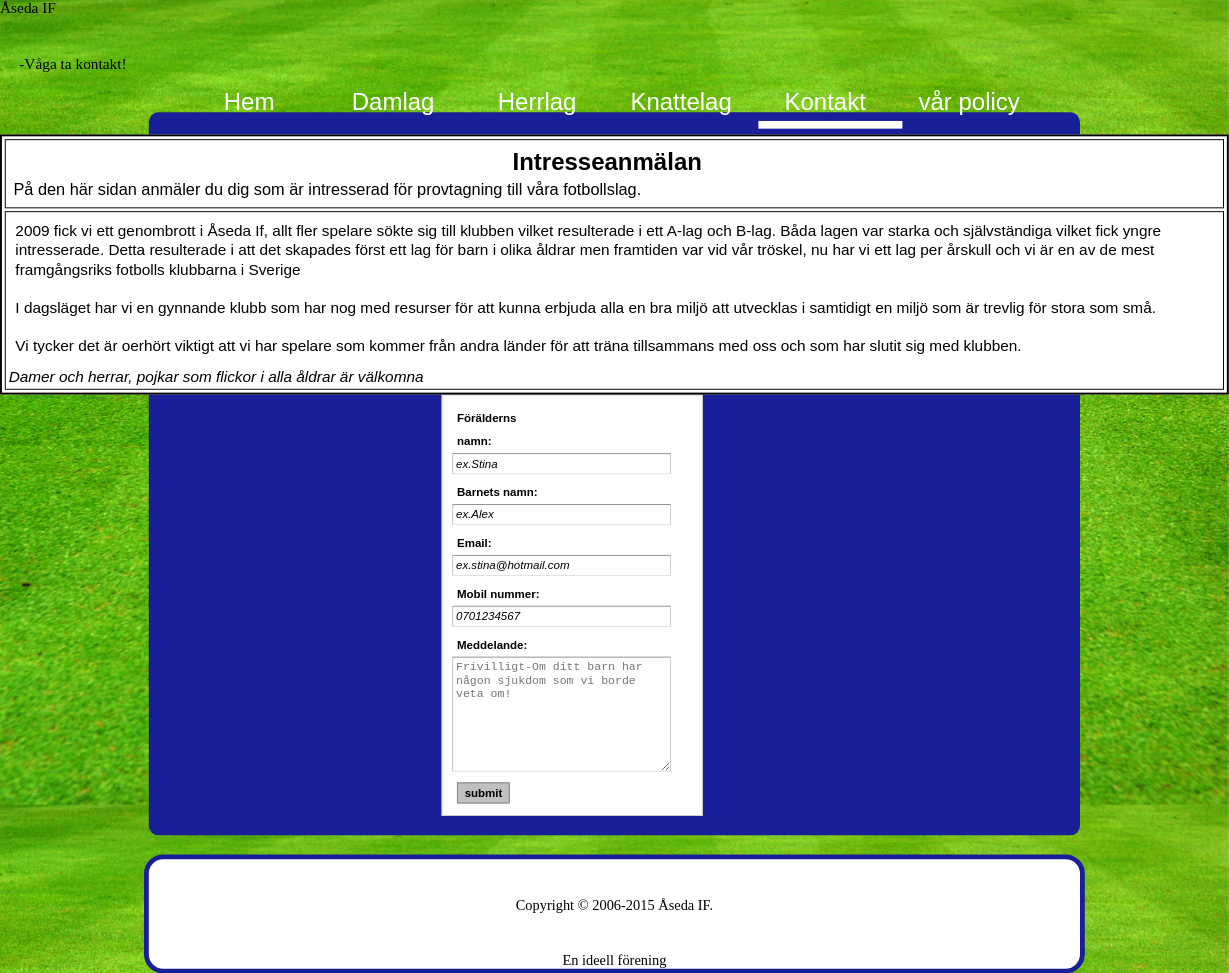
Repository: alexanderdanielsson28/ProjektAsedaIF
Page: html/Kontakt.html
The author's editor kept a record of every edit. The page is drawn from the files as they stood at one moment, then again after the next edit.
The browser window is 1280 px wide. The pictures show the whole page, at 96% of full size.
Backgrounds fixed to the window are drawn as part of the page. Some web libraries are served in a nearby version.

Above is the page before.

### html/Kontakt.html
<!DOCTYPE html>
<html>

<head>
    <title>kontaktsidan</title>
    <meta charset="UTF-8">
    <meta name="viewport" content="width=device-width, initial-scale=1.0">
    <link rel="stylesheet" media="only screen and (max-width:480px)" href="../css/mobile.css">
    <link href="../forms/form.css" rel="stylesheet">
    <script src="//ajax.googleapis.com/ajax/libs/jquery/1.10.2/jquery.min.js"></script>
    <script src="../forms/form1.js"></script>
    <link rel="stylesheet" type="text/css" media="only screen and (min-width:480px)" href="../menu.css">
    <link rel="stylesheet" type="text/css" media="only screen and (min-width:480px)" href="../css/media.css">
    <script src="../menu.js"></script>


</head>

<body>
    <div id="header">
        <h1 id="h1tag">Åseda IF</h1>
        <h3 class="hidden">-Våga ta kontakt!</h3>
    </div>
    <div id="meny">
        <div id="meny2">
            <nav id="navigation">
                <ul>
                    <li><a class="klass" href="../index.html">Hem</a></li>
                    <li><a class="klass" href="../html/Damlag.html">Damlag</a></li>
                    <li><a class="klass" href="../html/Herrlag.html">Herrlag</a></li>
                    <li><a class="klass" href="../html/Knattelag.html">Knattelag</a></li>
                    <li><a class="klass" href="../html/Kontakt.html">Kontakt</a></li>
                    <li><a class="klass" href="../html/Policy.html">vår policy</a></li>
                </ul>
            </nav>

        </div>
    </div>
    <article id="ark">
        <div id="bordern">
            <h2 id="barnh2">Intresseanmälan</h2>
            <h3 id="barn3">På den här sidan anmäler du dig som är intresserad för provtagning till våra fotbollslag.</h3>
        </div>
        <div id="paran">
            <p id="pbarn">2009 fick vi ett genombrott i Åseda If, allt fler spelare sökte sig till klubben vilket resulterade i ett A-lag och B-lag. Båda lagen var starka och självständiga vilket fick yngre intresserade. Detta resulterade i att det skapades först ett
                lag för barn i olika åldrar men framtiden var vid vår tröskel, nu har vi ett lag per årskull och vi är en av de mest framgångsriks fotbolls klubbarna i Sverige</p>
            <p id="alle">I dagsläget har vi en gynnande klubb som har nog med resurser för att kunna erbjuda alla en bra miljö att utvecklas i samtidigt en miljö som är trevlig för stora som små.</p>
            <p id="olikal">Vi tycker det är oerhört viktigt att vi har spelare som kommer från andra länder för att träna tillsammans med oss och som har slutit sig med klubben.</p>
            <p id="damerna">Damer och herrar, pojkar som flickor i alla åldrar är välkomna</p>
        </div>
    </article>

    <article id="formBox">

        <form id="form-contact" class="styled" action="" method="">
            <fieldset id="#formett">

                <ol>
                    <li class="form-row">
                        <label>Förälderns namn:</label>
                        <input id="input-name" type="text" class="text-input required fname default" name="fname" value="" title="ex.Stina" />
                    </li>

                    <li class="form-row">
                        <label>Barnets namn:</label>
                        <input id="input-name1" type="text" class="text-input required kname default" name="kname" value="" title="ex.Alex" />
                    </li>

                    <li class="form-row">

                        <label>Email:</label>
                        <input id="input-email" type="text" class="text-input required email default" name="email" value="" title="ex.stina@hotmail.com" />



                    </li>
                    <li class="form-row">
                        <label>Mobil nummer:</label>
                        <input id="input-phone" type="text" class="text-input required phone default " name="phone" value="" title="0701234567" />
                    </li>
                    <li class="form-row">
                        <label>Meddelande:</label>
                        <textarea id="input-message" class="text-area" name="message" cols="40" rows="8" placeholder="Frivilligt-Om ditt barn har någon sjukdom som vi borde veta om!"></textarea>
                    </li>
                    <li class="button-row text-right">
                        <input class="btn-submit" type="submit" value="submit" name="submit" />
                    </li>
                </ol>
            </fieldset>
        </form>
    </article>
    <div id="footer">
        <div id="footertext">
            <h3>Copyright © 2006-2015 Åseda IF.</h3>
            <h3>En ideell förening </h3>
        </div>
    </div>
</body>

</html>

### forms/form.css
/*h3 {
text-align:left;
}

div.main{
margin:50px auto;
font-family:raleway;
}
div.main h1{
text-align:center;
align:center;
word-spacing:5px;
}
div.login{
width:50%;
margin:0 auto;
border-radius: 10px;
font-family:raleway;
border: 2px solid #ccc;
padding: 10px 40px 25px;
}
hr{
border:0;
border-bottom:1px solid #ccc;
margin: 10px -40px;
margin-bottom: 30px;
}
h2{
background-color: #FEFFED;
text-align:center;
border-radius: 10px 10px 0 0;
margin: -10px -40px;
padding: 15px;
}
a{
text-decoration:none;
color: cornflowerblue;
}

i{
color: cornflowerblue;
}
#content{
alignment-adjust: central;
margin:0 auto;
text-align: left;
}
#note{
clear: left;
padding-top: 20px;
margin-left: 8px;
font-size: 18px;
text-align: center;
width:100%;
}
input[type=text],input[type=password],input[type=email]{
width:59.5%;
padding: 10px;
margin-top: 8px;
border: 1px solid #ccc;
padding-left: 5px;
font-size: 16px;
font-family:raleway;
}
input[type=submit]{
width: 100%;
background-color:#FFBC00;
color: white;
border: 2px solid #FFCB00;
padding: 10px;
font-size:20px;
cursor:pointer;
border-radius: 5px;
margin-bottom: 15px;
}
.msg{
width:59.5%;
padding: 10px;
margin-top: 8px;
border: 1px solid yellow;
padding-left: 5px;
font-size: 16px;
font-family:raleway;
}
p {
text-align:justify;
clear:both;
width:432px
}
span {
color:red
}

inp.invalid,
textarea.invalid {
    border: 2px solid red;
    background-image: url("../pictures/invalid.png");
    background-repeat: no-repeat;
    background-size: 10px 10px;
    background-position: right;
}


.error {
    display: none;
    margin-left: 10px;
}
.invalid {
    background-image: url("../pictures/invalid.png");
    width: 99.5%;
    padding: 10px;
    margin-top: 8px;
   background-repeat: no-repeat;
    background-size: 10px 10px;
    background-position: right;

    padding-left: 5px;
    font-size: 16px;
    font-family: raleway;
}

valid {
 display: none;
}

/*#submitdata{
      border: 2px solid red;
    background-image: url("../pictures/invalid.png");
    background-repeat: no-repeat;
    background-size: 10px 10px;
    background-position: right;
}




/*new*/
.error {
   color: #ff0000;
   font-size: 12px;
   margin-top: 5px;
   margin-bottom: 0;
}

.inputTxtError {
   border: 1px solid #ff0000;
   color: #0e0e0e;
}




.styled {
    font-family: Arial, sans-serif;

}
.styled fieldset {
    background:white;
    width:250px;
    border: 1px solid #ccc; padding: 10px;

}
.styled fieldset legend {

    font-size: 14px; font-weight: bold;
    color: #000;
    text-transform: capitalize;
    padding: 5px 10px;
    background: #fff; display: block;
    margin-bottom: 0;
    border: 1px solid #ccc;

}
.styled fieldset ol, .styled fieldset ol li {
    list-style: none;

}
.styled fieldset li.form-row {
    margin-bottom: 3px;
    padding: 2px 0;
    width: 100%;
    overflow: hidden;
    position: relative;


}
.styled label {
    font-size: 12px;
    display: block;
    font-weight: bold;
    float: left; width: 100px;
    margin-left: 5px;
    line-height: 24px;

}
.styled input.text-input, .styled .text-area {
    background: #fefefe;
    border-top: 1px solid #909090;
    border-right: 1px solid #cecece;
    border-bottom: 1px solid #e1e1e1;
    border-left: 1px solid #bbb;
    padding: 3px; width: 220px;
    font-size: 12px;

}
.styled input.text-input.default.active, .styled .text-area.default.active {
    color: black;
    font-style: italic;

}
.styled fieldset li.button-row {
    margin-bottom: 0;
    padding: 2px 5px;

}
form input.btn-submit {
    padding: 3px 7px;
    font-family: Arial, sans-serif;
    color: black; font-weight: bold;
    border: 1px solid gray;
    background: silver;
    font-size: 12px;

}

/* Form Validation */
.styled span.error {
    font-size: 11px;
    background: none;
    display: block;
    padding: 2px;
    text-align: center;


}
.styled fieldset li.error {
    color: #D8000C;
    background: #fff0f0 url(../pictures/invalid.png) no-repeat;
    background-size:10px 10px;
    background-position:100% 50%;
    border: 1px solid #f9c7c7;
    padding: 5px 0;

}
.styled fieldset li.error label {
    text-align: left;

}

/* Specific Form Rules */
#form-contact {
    width: 360px; margin: 0 auto;
}

.success {
    order: 1px solid;
    margin: 0;
    padding: 10px; text-align: center;
    color: #4F8A10;
    background-color: #ebf6d9;
    border-color:black;
}
.styled fieldset li.valid {
    background:url(../pictures/valid.png) no-repeat;
    background-size:10px 10px;
    background-position:100% 50%;


}

### menu.css
#meny {
    padding: 0;
    margin-left: auto;
    margin-right: auto;
    height: 3px;
    /*border-radius: 3px;
*/
}

#meny2 {
    width: 900px;
    margin: 0 auto;
}

#meny2 ul {
    position: relative;
    list-style-type: none;
    float: center;
    padding: 0;
    margin: 0;
}

#meny2 li {
    width: 150px;
    border-collapse: separate;
    /* border-left: 1px solid gray;
    border-radius:5px solid;
    */
    float: left;
    list-style-type: none;
    padding: 0;
    margin: 0;
    background-image: none;
}

#meny2 li.highlight {
    background-color: white;
    top: 50px;
    height: 8px;
    z-index: 1;
    position: absolute;
    overflow: hidden;
    /*opacity: 0.8;*/
}

#meny2 li a {
    width: 140px;
    height: 10px;
    padding-top: 16px;
    margin: 0 0px;
    color: white;
    font: normal 25px arial;
    text-align: center;
    text-decoration: none;
    display: block;
    float: left;
    position: relative;
    z-index: 2;
}

#navigation {
    max-width: 1400px;
    min-width: 900;
}


/*news funtionen*/

.dhmcss {
    width: 100%;
    background: #FFFFFF;
    COLOR: #5C5C5C;
    FONT-FAMILY: verdana, arial, helvetica;
    FONT-SIZE: 10pt;
    FONT-WEIGHT: bold;
    padding-top: 1px;
    padding-bottom: 1px;
    TEXT-DECORATION: none;
}

.dhmcssover {
    width: 100%;
    background: #EC941C;
    COLOR: #FFFFFF;
    FONT-FAMILY: verdana, arial, helvetica;
    FONT-SIZE: 10pt;
    FONT-WEIGHT: bold;
    padding-top: 1px;
    padding-bottom: 1px;
    TEXT-DECORATION: none;
}

.dhmcssdown {
    width: 100%;
    background: #ACDCA5;
    COLOR: #000000;
    FONT-FAMILY: verdana, arial, helvetica;
    FONT-SIZE: 10pt;
    FONT-WEIGHT: bold;
    padding-top: 1px;
    padding-bottom: 1px;
    TEXT-DECORATION: none;
}

.duztext {
    COLOR: #222222;
    FONT-FAMILY: Arial, sans-serif, Geneva;
    FONT-SIZE: 9pt;
    FONT-STYLE: normal;
    FONT-WEIGHT: normal;
    TEXT-DECORATION: none;
    line-height: 18px;
}

.duztext2 {
    COLOR: #222222;
    FONT-FAMILY: Arial, sans-serif, Geneva;
    FONT-SIZE: 10px;
    FONT-STYLE: normal;
    FONT-WEIGHT: normal;
    TEXT-DECORATION: none
}

.kbaslik {
    COLOR: #222222;
    FONT-FAMILY: Arial, sans-serif, Geneva;
    FONT-SIZE: 11pt;
    FONT-STYLE: normal;
    FONT-WEIGHT: bold;
    TEXT-DECORATION: none
}

.bbaslik {
    COLOR: #222222;
    FONT-FAMILY: Arial, Arial, Geneva;
    FONT-SIZE: 13pt;
    FONT-STYLE: normal;
    FONT-WEIGHT: bold;
    TEXT-DECORATION: none
}

A:link {
    text-decoration: none;
    color: #202090;
    font-size: 12px;
    font-family: "Arial", "Helvetica", "sans-serif";
}

A:visited {
    text-decoration: none;
    color: #202090;
    font-size: 12px;
    font-family: "Arial", "Helvetica", "sans-serif";
}

A:hover {
    text-decoration: underline;
    color: #FF9900;
    font-size: 12px;
    font-family: "Arial", "Helvetica", "sans-serif";
}

a {
    font-family: "Arial", "Helvetica", "sans-serif";
    font-size: 12px;
    color: #202090;
}

Loaded but not shown: menu.js (151 lines, source omitted); forms/form1.js (87 lines, source omitted); css/media.css (1556 lines, source omitted); css/mobile.css (1090 lines, source omitted)

After the next edit:
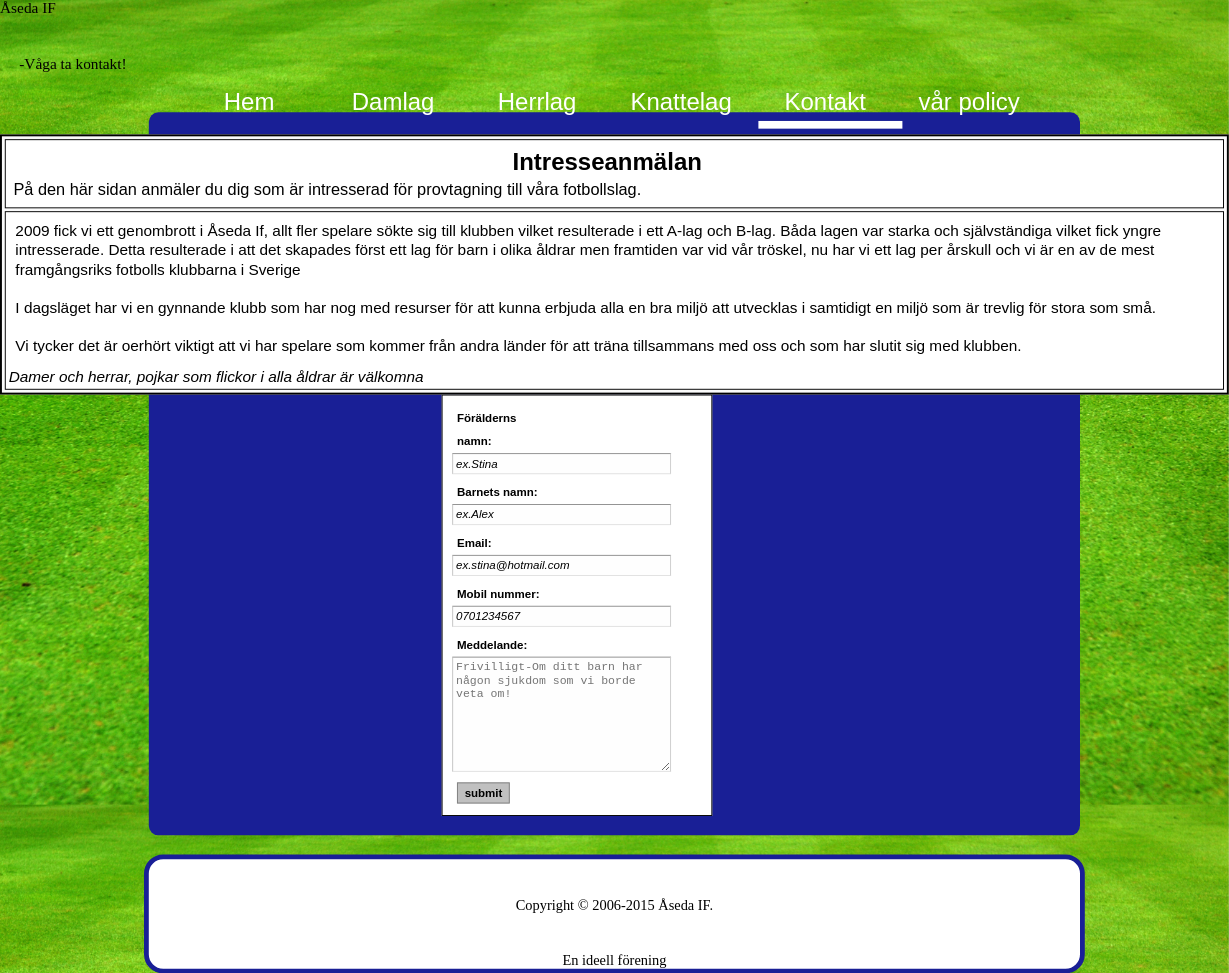
The edit:
--- a/forms/form.css
+++ b/forms/form.css
@@ -156,8 +156,8 @@
 }
 .styled fieldset {
     background:white;
-    width:250px;
-    border: 1px solid #ccc; padding: 10px;
+    width:260px;
+    border: 1px solid black; padding: 10px;
 
 }
 .styled fieldset legend {
